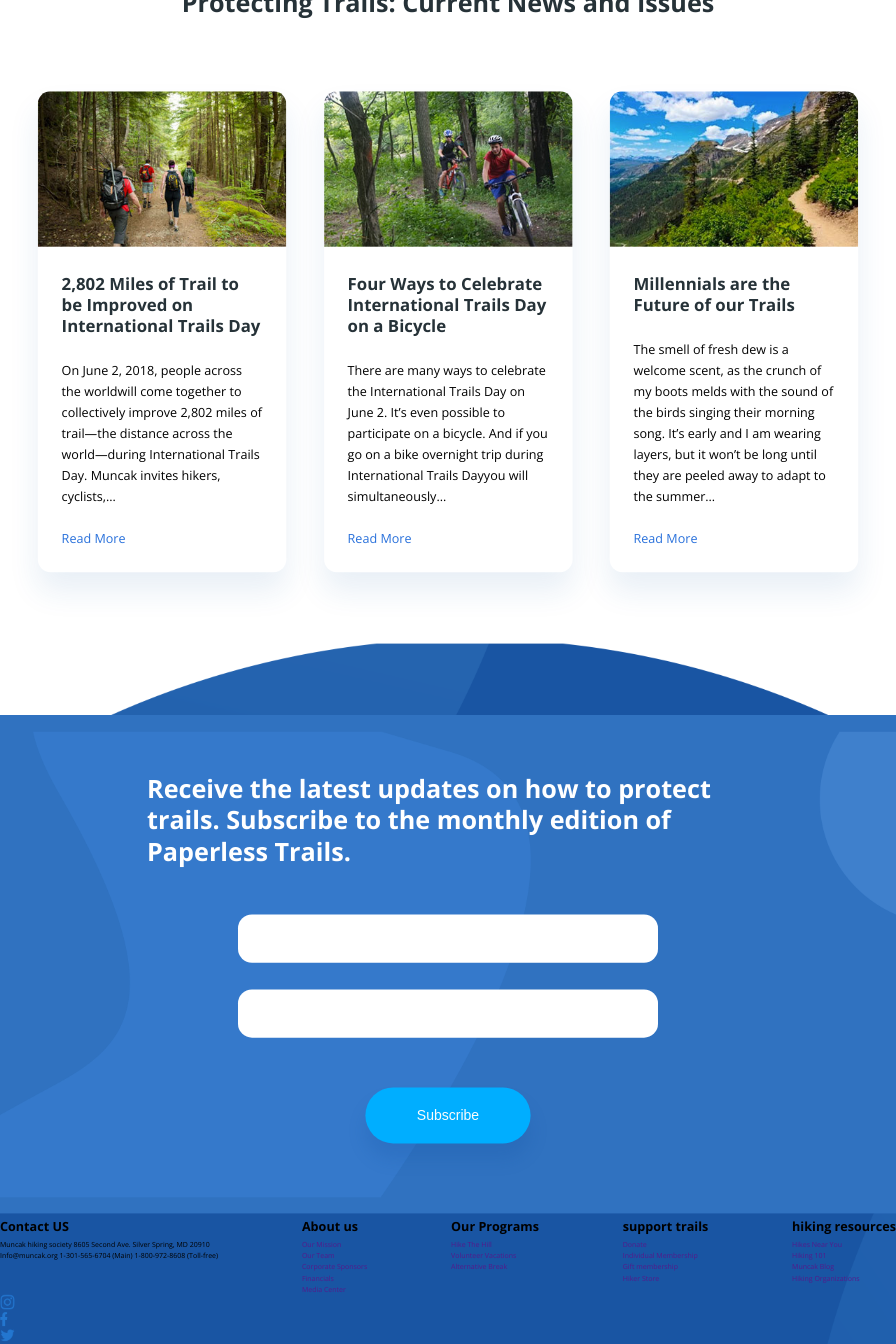
Repository: huubinh98/Project
Page: muncak/index.html
These files come from the project's save history. The page is drawn as it stood at one moment and after the next save; the edit follows.
The browser window is 1280 px wide. The pictures show the part of the page from y = 3489 to 5409 px (the page is 5409 px tall), at 70% of full size.

Above is the page before, as saved 2021-08-28 21:55:43.

### muncak/index.html
<!DOCTYPE html>
<html lang="en">

<head>
    <meta charset="UTF-8">
    <meta http-equiv="X-UA-Compatible" content="IE=edge">
    <meta name="viewport" content="width=device-width, initial-scale=1.0">
    <link rel="stylesheet" href="./style.css">
    <link rel="preconnect" href="https://fonts.googleapis.com">
    <link rel="preconnect" href="https://fonts.gstatic.com" crossorigin>
    <link href="https://fonts.googleapis.com/css2?family=Open+Sans:wght@300;400;600;700&display=swap" rel="stylesheet">
    <title>Muncak</title>
</head>

<body>
    <header class="header">
        <div class="container header-nav">
            <h1 class="logo"><a href="" class="logo-link"><img src="./image/Muncak.png" alt="" class="logo-img"></a>
            </h1>
            <ul class="nav-list">
                <li class="nav-item">
                    <a href="" class="nav-item-link">Home</a>
                </li>
                <li class="nav-item">
                    <a href="" class="nav-item-link">Go Hiking</a>
                </li>
                <li class="nav-item">
                    <a href="" class="nav-item-link">About</a>
                </li>
                <li class="nav-item">
                    <a href="" class="nav-item-link nav-highlight">Login</a>
                </li>
            </ul>
        </div>
        <div class="container-small">
            <h1 class="heading-banner">Lets get the top of Moutain</h1>
            <p class="heading-desc">Here is the hiking information you need to decide
                if it is right for you, and to make it more interesting,
                enjoyable, and safe.</p>
            <a href="#" class="btn c"> Get Started</a>
        </div>
    </header>
    <section class="about">
        <div class="container-small about-wrap">
            <h2 class="heading-name hearding-name-about">We envision a world where everyone
                has permanent access to a hiking trail</h2>
            <div class="about-item">
                <img src="./image/loa.png" alt="loa" class="about-img">
                <div class="about-content">
                    <h4 class="about-content-heading">Advocate</h4>
                    <p class="about-content-desc">We work with Congress, Federal agencies, and partners on policy issues
                        and legislation to ensure funding for trails, preservation of natural areas, and protection of
                        the hiking experience.</p>
                </div>
            </div>
            <div class="about-item">
                <img src="./image/bantay.png" alt="loa" class="about-img">
                <div class="about-content">
                    <h4 class="about-content-heading">Volunteer </h4>
                    <p class="about-content-desc">Trails don't maintain themselves. Individuals of any age and
                        experience level can become trail stewards. Give back to the trails you love, meet new people,
                        and enjoy the experience!</p>
                </div>
            </div>
            <div class="about-item">
                <img src="./image/nui.png" alt="loa" class="about-img">
                <div class="about-content">
                    <h4 class="about-content-heading">Explore</h4>
                    <p class="about-content-desc">Feel confident when you set out on your next trail adventure. Check
                        out our free hiking resources like tips for hiking with families, gear checklists, finding the
                        best trail for you.</p>
                </div>
            </div>
            <a href="" class="btn btn-about">Lean more</a>
        </div>
        <div class="container-small about-customer">
            <h2 class="heading-name">With the support of our members, and partners, we've improved trail access for millions of people</h2>
            <div class="customer-content">
                <p class="customer-text">We’ve Mobilized <span>558,768</span> Trail Volunteers</p>
                <p class="customer-text">We’ve Facilitated <span>41,146</span>
                    Miles of Trail Maintenance & Construction</p>
                <p class="customer-text">Volunteers Have Contributed <span>$108 Milion</span> in Volunteer Labor</p>
            </div>
        </div>
    </section>

    <!-- -----------new--------------- -->
    <section class="new">
        <div class="container-small">
            <h2 class="heading-name">Protecting Trails: Current News and Issues</h2>
            <div class="new-content">
                <div class="new-item">
                    <a href="#" class="new-item-picture">
                        <img src="./image/pic1.jpg" alt="pic1" class="new-item-img">
                    </a>
                    <div class="new-item-text">
                        <h3 class="new-item-name">2,802 Miles of Trail to be Improved on International Trails Day</h3>
                        <p class="new-item-desc">On June 2, 2018, people across the worldwill come together to
                            collectively improve 2,802 miles of trail—the distance across the world—during International
                            Trails Day. Muncak invites hikers, cyclists,…</p>
                        <a href="#" class="new-item-link">Read More</a>
                    </div>
                </div>
                <div class="new-item">
                    <a href="#" class="new-item-picture">
                        <img src="./image/pic2.jpg" alt="pic1" class="new-item-img">
                    </a>
                    <div class="new-item-text">
                        <h3 class="new-item-name">Four Ways to Celebrate International Trails Day on a Bicycle</h3>
                        <p class="new-item-desc">There are many ways to celebrate the International Trails Day on June 2. It’s even possible to participate on a bicycle. And if you go on a bike overnight trip during International Trails Dayyou will simultaneously…</p>
                        <a href="#" class="new-item-link">Read More</a>
                    </div>
                </div>
                <div class="new-item">
                    <a href="#" class="new-item-picture">
                        <img src="./image/pic3.jpg" alt="pic1" class="new-item-img">
                    </a>
                    <div class="new-item-text">
                        <h3 class="new-item-name">Millennials are the Future of our Trails</h3>
                        <p class="new-item-desc">The smell of fresh dew is a welcome scent, as the crunch of my boots melds with the sound of the birds singing their morning song. It’s early and I am wearing layers, but it won’t be long until they are peeled away to adapt to the summer…</p>
                        <a href="#" class="new-item-link">Read More</a>
                    </div>
                </div>
            </div>
        </div>
    </section>

    <div class="contact-footer">
        <div class="container form-contact">
            <h5 class="contact-heading">Receive the latest updates on how to protect trails.
                Subscribe to the monthly edition of Paperless Trails.</h5>
            <form action="">
                <input type="text" name="Name" id="" class="form-input">
                <input type="text" name="Email" id="" class="form-input">
                <button type="submit" class="btn btn-contact">Subscribe</button>
            </form>
        </div>
        <footer class="footer container">
            <div class="footer-info">
                <div class="footer-item">
                    <h4 class="footer-item-name">Contact US</h4>
                    <p class="footer-item-desc">Muncak hiking society
                        8605 Second Ave.
                        Silver Spring, MD 20910</p>
                    <p class="footer-item-desc">
                        <span>Info@muncak.org</span>
                        <span>1-301-565-6704 (Main)</span>
                        <span>1-800-972-8608 (Toll-free)</span>
                    </p>
                </div>
                <div class="footer-item">
                    <h4 class="footer-item-name">About us</h4>
                    <ul class="footer-item-list">
                        <li class="footer-item-contact">
                            <a href="">Our Mission</a>
                        </li>
                        <li>
                            <a href="">Our Team</a>
                        </li>
                        <li>
                            <a href="">Corporate Sponsors</a>
                        </li>
                        <li>
                            <a href="">Financials</a>
                        </li>
                        <li>
                            <a href="">Media Center</a>
                        </li>
                    </ul>
                </div>
                <div class="footer-item">
                    <h4 class="footer-item-name">Our Programs</h4>
                    <ul>
                        <li>
                            <a href="">Hike The Hill</a>
                        </li>
                        <li>
                            <a href="">Volunteer Vacations</a>
                        </li>
                        <li>
                            <a href="">Alternative Break</a>
                        </li>
                    </ul>
                </div>
                <div class="footer-item">
                    <h4 class="footer-item-name">support trails</h4>
                    <ul>
                        <li>
                            <a href="">Donate</a>
                        </li>
                        <li>
                            <a href="">Individual Membership</a>
                        </li>
                        <li>
                            <a href="">Gift membership</a>
                        </li>
                        <li>
                            <a href="">Hiker Store</a>
                        </li>
                    </ul>
                </div>
                <div class="footer-item">
                    <h4 class="footer-item-name">hiking resources</h4>
                    <ul>
                        <li>
                            <a href="">Hikes Near You</a>
                        </li>
                        <li>
                            <a href="">Hiking 101</a>
                        </li>
                        <li>
                            <a href="">Muncak Blog</a>
                        </li>
                        <li>
                            <a href="">Hiking Organizations</a>
                        </li>
                    </ul>
                </div>
            </div>
            <ul class="socical">
                <li class="socical-item">
                    <a href="" class="socical-item-link">
                        <img src="./image/instar.png" alt="" class="socical-item-img">
                    </a>
                </li>
                <li class="socical-item">
                    <a href="" class="socical-item-link">
                        <img src="./image/facebook.png" alt="" class="socical-item-img">
                    </a>
                </li>
                <li class="socical-item">
                    <a href="" class="socical-item-link">
                        <img src="./image/tiwer.png" alt="" class="socical-item-img">
                    </a>
                </li>
            </ul>
        </footer>
    </div>
</body>

</html>

### muncak/style.css
* {
    margin: 0;
    padding: 0;
    box-sizing: border-box;
}

html {
    font-size: 62.5%;
    line-height: 1.6rem;
    font-family: 'Open Sans', sans-serif;
    scroll-behavior: smooth;
}

ul, li {
    list-style: none;
}

a {
    text-decoration: none;
}

.container {
    max-width: 1404px;
    width: 100%;
    margin: 0 auto;
}

.container-small {
    max-width: 1172px;
    width: 100%;
    margin: 0 auto;
}

.btn {
    font-size: 2rem;
    line-height: 8rem;
    color: #fbfcfc;
    background-color: #2870db;
    border-radius: 40px;
    display: inline-block;
    padding: 0 66px;
    box-shadow: 0 22px 24px rgba(17, 83, 165, 0.21);
    transition: 0.25s ease;
}

.heading-name {
    font-size: 3.6rem;
    line-height: 5rem;
    text-align: center;
    margin: 0 auto;
    color: #263238;
    margin-bottom: 101px;
    max-width: 1000px;
}

.btn:hover {
    background-color: #1153a5;
}

/* ----------------------- */

.header {
    margin: 0 auto;
    max-width: 1900px;
    height: 1026px;
    background-color: white;
    background-image: url(./image/backgroudleft1.png), url(./image/Muncak-Landing-Page.png);
    background-position: left bottom, right top;
    background-repeat: no-repeat, no-repeat;
}

.header-nav {
    display: flex;
    justify-content: space-between;
    padding-top: 85px;
}

.logo{

}
.logo-link{

}
.logo-img{

}
.nav-list{

}
.nav-item{
    display: inline-block;
}
.nav-item-link{
    font-size: 1.8rem;
    font-weight: 400;
    line-height: 3.6rem;
    color: #fff;
    padding: 0 36px;
    display: inline-block;
}

.nav-highlight {
    background-color: #fff;
    color: #14215e;
    border-radius: 14px;
}

.heading-banner {
    font-size: 5rem;
    line-height: 6rem;
    color: #1c2056;
    margin-top: 144px;
    max-width: 400px;
}

.heading-desc {
    font-size: 1.8rem;
    line-height: 4rem;
    color: rgba(45, 32, 88, 0.65);
    max-width: 400px;
    margin-top: 43px;
    margin-bottom: 103px;
}

.btn-heading {
    margin-bottom: 310px;
}


/* -----------about---------------- */
.about {
    margin-top: 158px;
    margin-bottom: 98px;
    background-image: url(./image/backgroudleft2.png), url(./image/Muncak-Landing-Page2.png);
    background-repeat: no-repeat, no-repeat;
    background-position: left bottom, right center;
}

.about-wrap {
    margin-bottom: 105px;
}

.hearding-name-about {
    max-width: 700px;
}

.about-item {
    max-width: 549px;
}

.about-item:nth-child(2n + 1) {
    margin-left: auto;
    margin-top: -150px;
}

.about-item:nth-child(2n + 2) {
    margin-top: -109px;
}

.about-item:first-of-type {
    margin-top: 0;
}

.about-img {
    display: block;
    margin: 0 auto;
    margin-bottom: 63px;
}

.about-content {
    padding: 72px;
    border-radius: 18px;
    background-color: #fff;
    box-shadow: 0 27px 43px rgb(32 94 171 / 10%);
}

.about-content-heading {
    font-size: 2.4rem;
    line-height: 3.6rem;
    color: #263238;
    padding-bottom: 48px;
}

.about-content-desc {
    font-size: 1.8rem;
    line-height: 3.6rem;
    color: #546e7a;
}

.btn-about {
    float: right;
    margin-right: 163px;
    margin-top: -226px;
}

/* -----------customer-------------- */

.about-custumer {
    margin-top: 105px;
}

.customer-content {
    display: flex;
    justify-content: space-between;
}

.customer-text {
    text-align: center;
    font-size: 2.2rem;
    line-height: 2.3rem;
    color: #263238;
}

.customer-text span {
    font-size: 3.6rem;
    display: block;
    color: #1a56a3;
    font-weight: 700;
    line-height: 3.4rem;
    padding: 34px 0;
}

/* --------New-------------- */

.new {
    padding-top: 98px;
    padding-bottom: 102px;
}

.new-content {
    display: flex;
    justify-content: space-between;
}

.new-item {
    border-radius: 18px;
    box-shadow: 0 27px 43px rgb(32 94 171 / 10%);
    max-width: 355px;
    overflow: hidden;
}

.new-item-img {
    height: 222px;
    object-fit: cover;
    width: 100%;
}

.new-item-text {
    padding: 34px;
}

.new-item-name {
    font-size: 2.4rem;
    line-height: 3rem;
    color: #263238;
    padding-bottom: 33px;
}

.new-item-desc {
    font-size: 1.8rem;
    line-height: 3rem;
    padding-bottom: 30px;
}

.new-item-link {
    font-size: 1.8rem;
    line-height: 3rem;
    color: #2870db;
}


/* -----------contact-footer------------ */
.contact-footer {
    padding-top: 102px;
    background: url(./image/backgroudfooter.png) no-repeat bottom;
}

.form-contact {
    padding: 82px 210px 100px;
    background-color: #3072c0;
    background-image: url(./image/backgroudcontact.png);
    background-repeat: no-repeat;
    background-position: left;
}

.contact-heading {
    font-size: 3.6rem;
    line-height: 4.5rem;
    color: #fff;
    padding-bottom: 68px;
}

.form-input {
    display: block;
    max-width: 600px;
    width: 100%;
    margin: 0 auto;
    height: 69px;
    outline: none;
    border: navajowhite;
    margin-bottom: 38px;
    border-radius: 20px;
    font-size: 2.4rem;
    line-height: 3.6rem;
    padding: 0 37px;
    color: rgba(84, 110, 122, 0.6);
}

.btn-contact {
    height: 80px;
    padding: 0 74px;
    margin: 0 auto;
    display: block;
    line-height: 4rem;
    color: #fbfcfc;
    background-color: #00aeff;
    border: none;
    outline: none;
    border-radius: 40px;
    margin-top: 71px;
}

/* footer info */

.footer-info {
    display: flex;
    justify-content: space-between;
}
.footer-item-name{
    font-size: 1.8rem;
    line-height: 3.6rem;
}

After the next save:
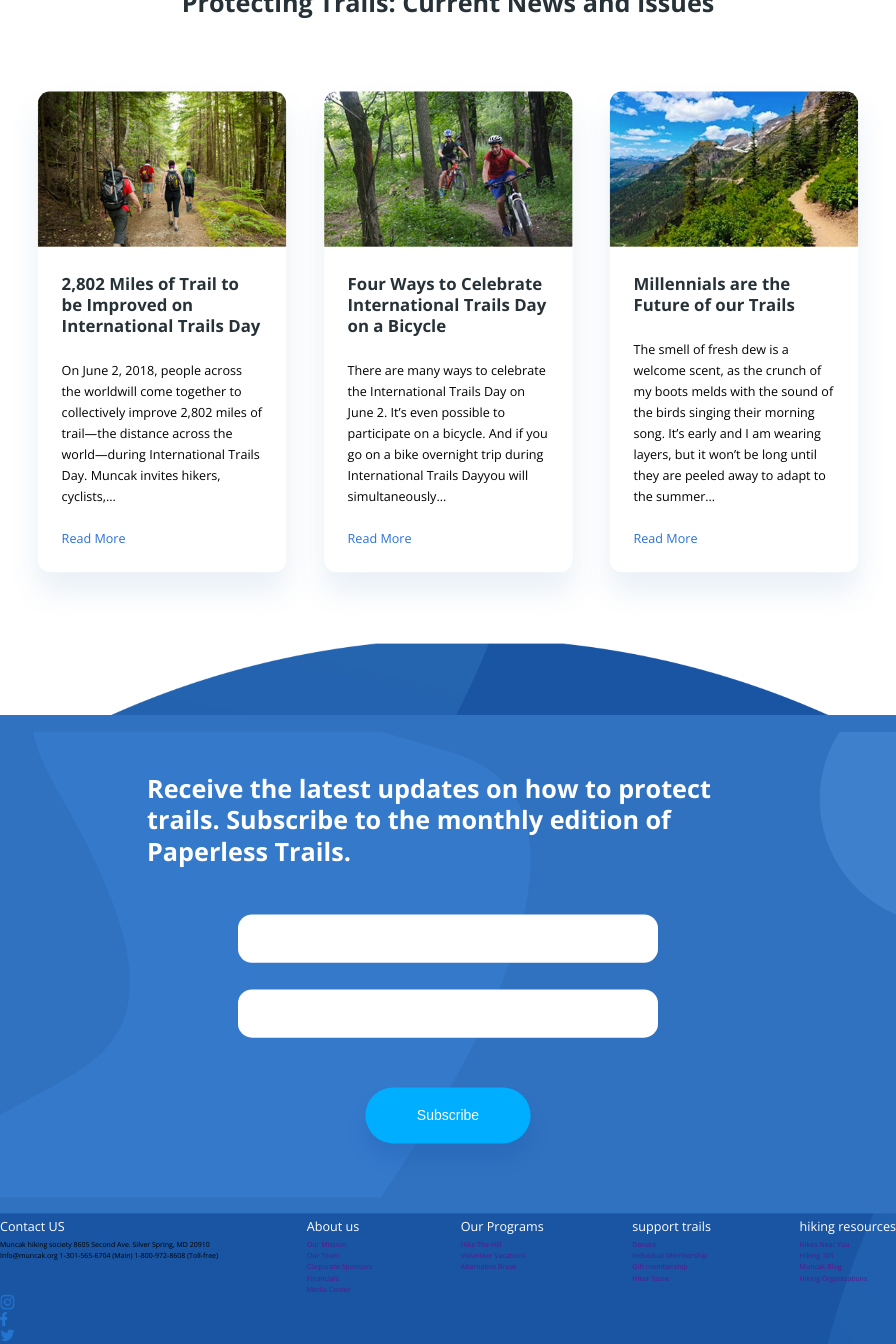
Saved 68 s later.
--- a/muncak/style.css
+++ b/muncak/style.css
@@ -329,4 +329,6 @@ a {
 .footer-item-name{
     font-size: 1.8rem;
     line-height: 3.6rem;
-}
+    color: #fff;
+    font-weight: 400;
+}
